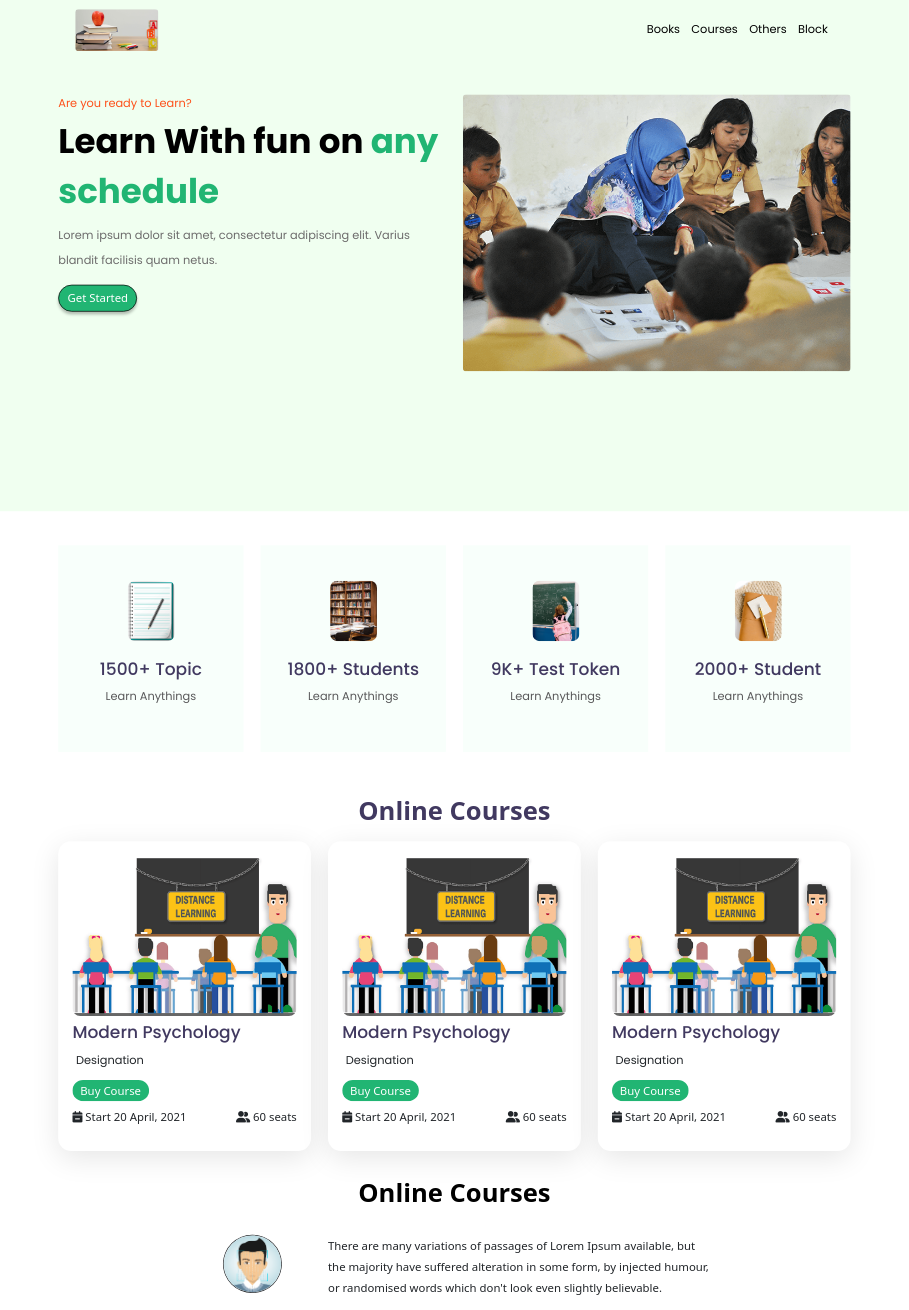
Repository: zjria/Figma-to-E-school
Page: index.html
These files come from the project's save history. The page is drawn as it stood at one moment and after the next save; the edit follows.
The browser window is 1280 px wide. The pictures show the whole page, at 71% of full size.
Some web libraries are served in a nearby version.

Above is the page before, as saved 2022-05-07 08:48:59.

After the next save:
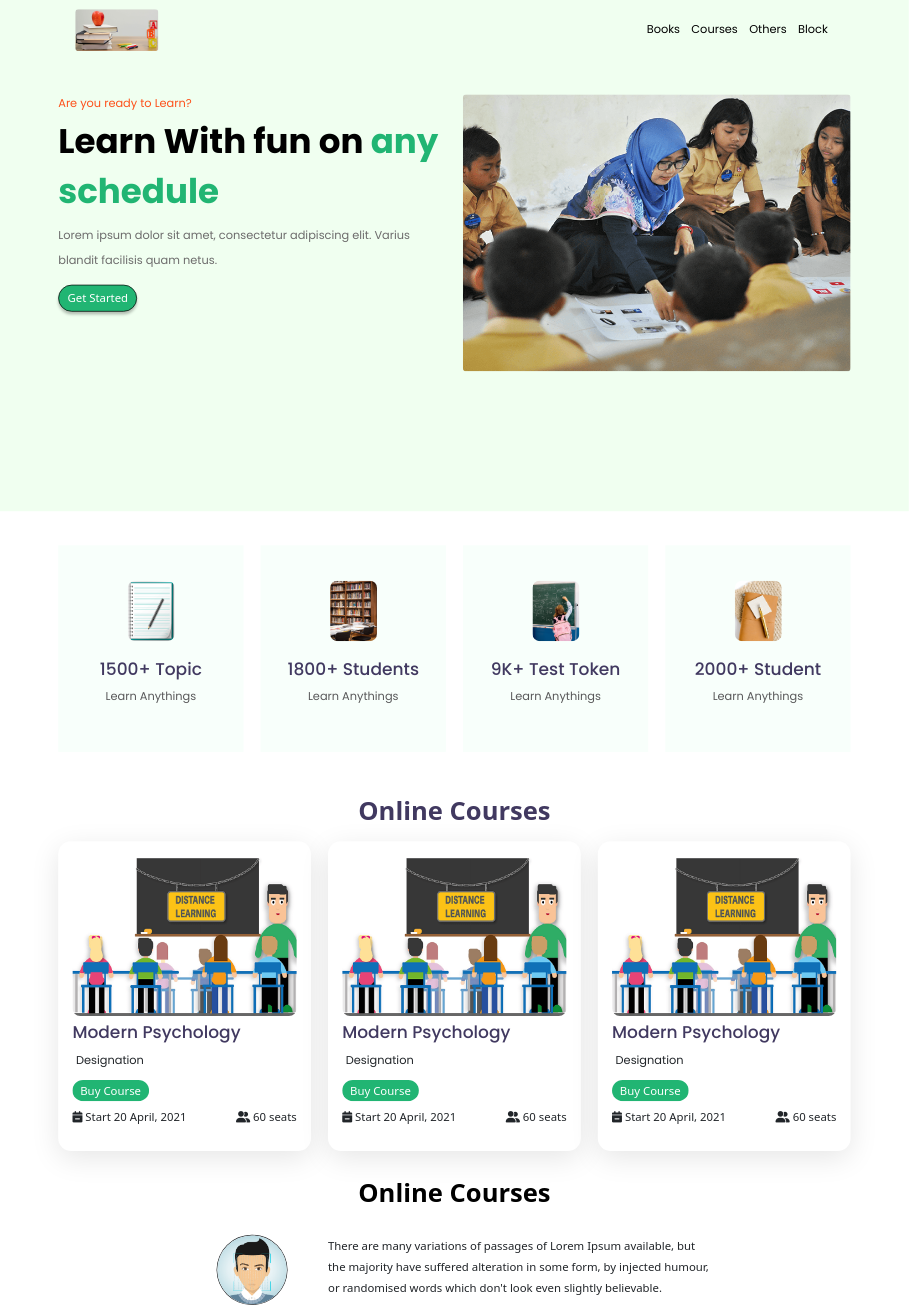
Saved 39 s later.
--- a/style.css
+++ b/style.css
@@ -131,7 +131,7 @@ line-height: 54px;}
     line-height: 54px;
 }
 .claind{
-width: 50%;margin: auto;border: 1px solid;border-radius: 50%;overflow: hidden;}
+width: 60%;margin: auto;border: 1px solid;border-radius: 50%;overflow: hidden;}
 .testimonial p{
     font-weight: 400;
 font-size: 16px;
